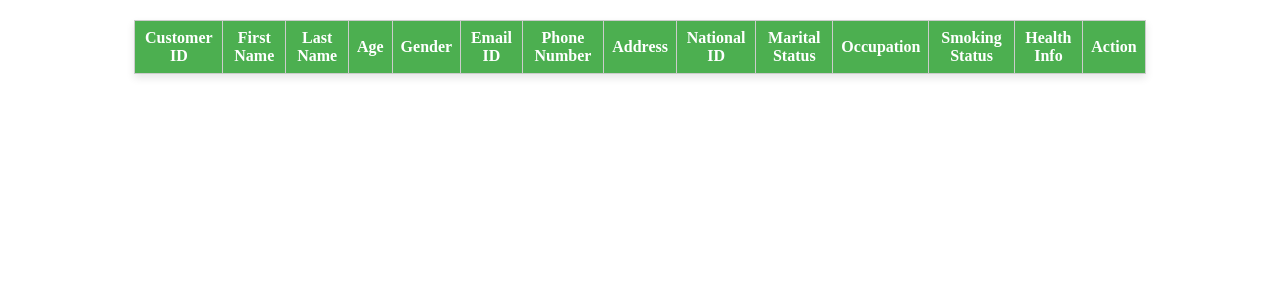
Repository: sowmini-nats/git-spring-project
Page: http://localhost/InsuranceAutomationSystem/ManagerPolicyView.jsp
The author's editor kept a copy of each file at every save. The page is drawn from the files as they stood at one save, then again after the next save.
The browser window is 1280 px wide. The pictures show the whole page.
The page is served by Tomcat 10. Other server files are loaded and not shown. The template is opened directly, without the code that normally fills it, so the values that code supplies are empty.

Above is the page before, as saved 2023-10-31 00:34:54.

### eclipse-workspace-jspassessment/InsuranceAutomationSystem/src/main/webapp/ManagerPolicyView.jsp
<%@ page language="java" contentType="text/html; charset=ISO-8859-1"
    pageEncoding="ISO-8859-1"%>
<%@taglib prefix="c" uri="http://java.sun.com/jsp/jstl/core"%>
<!DOCTYPE html>
<html>
<head>
<meta charset="ISO-8859-1">
<title>Customer Policy Details</title>
</head>
<style>
table {
        border-collapse: collapse;
        width: 80%;
        margin: 20px auto;
        box-shadow: 0 4px 8px rgba(0,0,0,0.1); /* Add shadow */
        border: 1px solid #ccc; /* Add border */
    }
    th, td {
        border: 1px solid #ccc;
        padding: 8px;
        text-align: center;
        transition: background-color 0.3s; /* Add transition */
    }

    tr:nth-child(even) {
        background-color: #f2f2f2;
    }

    th {
        background-color: #4CAF50;
        color: white;
    }

    th:hover, td:hover {
        background-color: #f9f9f9; /* Change color on hover */
    }
</style>

<body>
	<table >
        <thead>
            <tr>
            	<th>Customer ID</th>
                <th>First Name</th>
                <th>Last Name</th>
                <th>Age</th>
                <th>Gender</th>
                <th>Email ID</th>
                <th>Phone Number</th>
                <th>Address</th>
                <th>National ID</th>
               	<th>Marital Status</th>
               	<th>Occupation</th>
               	<th>Smoking Status</th>
               	<th>Health Info</th>
               	<th>Action</th>
            </tr>
        </thead>
        <tbody>
<c:forEach items="${policyList}" var="item">
<tr>
		<td><c:out value="${item.customer.custId}"/></td>
		<td><c:out value="${item.customer.custFirstName}"/></td>
		<td><c:out value="${item.customer.custLastName}"/></td>
		<td><c:out value="${item.customer.custAge}"/></td>
		<td><c:out value="${item.customer.custGender}"/></td>
		<td><c:out value="${item.customer.custEmailId}"/></td>
		<td><c:out value="${item.customer.custPhoneNumber}"/></td>
		<td><c:out value="${item.customer.custAddress}"/></td>
		<td><c:out value="${item.customer.custNationalId}"/></td>
		<td><c:out value="${item.customer.custMaritalStatus}"/></td>
		<td><c:out value="${item.customer.custOccupation}"/></td>
		<td><c:out value="${item.customer.custSmokingStatus}"/></td>
		<td><c:out value="${item.customer.custHealthInfo}"/></td>
		<td><a href="/manager-customerpolicy/${item.policyId}">View Policy</a></td>
</tr>
</c:forEach>
</tbody>
</table>
</body>
</html>

### eclipse-workspace-jspassessment/InsuranceAutomationSystem/src/main/webapp/navbar.jsp
<%@ page language="java" contentType="text/html; charset=UTF-8" pageEncoding="UTF-8"%>
<!DOCTYPE html>
<html>
<head>
    <meta charset="UTF-8">
    <title>Navigation Bar</title>

</head>
<body>
<% if (session.getAttribute("role") != null) {
    if (session.getAttribute("role").toString().equals("Agent")) {
%>
<ul>
  	<li><a href="/home">Home</a></li>
    <li><a href="/customer/customer-agent-list">Customers</a></li>
    <li><a href="/policy/policy-details">Policies</a></li>
    <li><a href="/premium-calculator">Premium Calculator</a></li>
    <li><a href="/logout">Logout</a></li>
</ul>
<% } else { %>
<ul>
  	<li><a href="/home">Home</a></li>
    <li><a href="/customer/customer-agent-list">Customers</a></li>
    <li><a href="/policy/policy-details">Policies</a></li>
    <li><a href="/premium-calculator">Premium Calculator</a></li>
    <li><a href="/logout">Logout</a></li>
</ul>
<% } } else { %>
<ul>
    <li><a href="/login">Login</a></li>
    <li><a href="/home">Home</a></li>
    <li><a href="/premium-calculator">Premium Calculator</a></li>
</ul>
<% } %>

<style>
ul {
  list-style-type: none;
  margin: 0;
  padding: 0;
  overflow: hidden;
  background-color: #333;
}

li {
  float: left;
}

li a {
  display: block;
  color: white;
  text-align: center;
  padding: 14px 16px;
  text-decoration: none;
}

li a:hover:not(.active) {
  background-color: #111;
}

.active {
  background-color: #04AA6D;
}
</style>

</body>

</html>

After the next save:
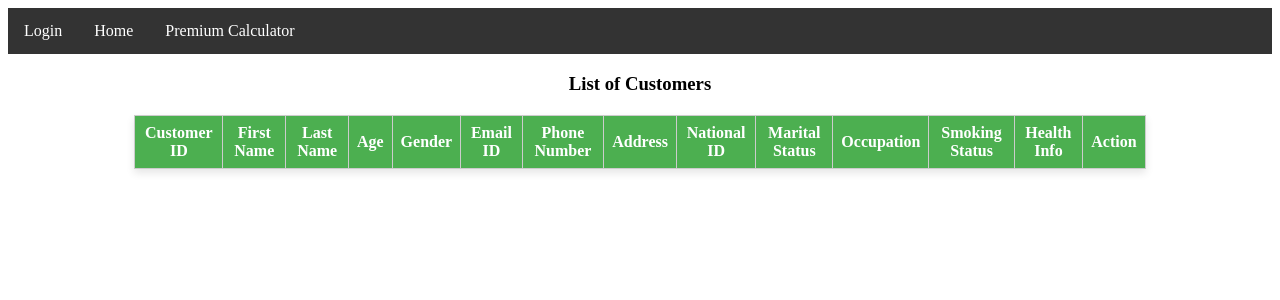
Saved 61 s later.
--- a/eclipse-workspace-jspassessment/InsuranceAutomationSystem/src/main/webapp/ManagerPolicyView.jsp
+++ b/eclipse-workspace-jspassessment/InsuranceAutomationSystem/src/main/webapp/ManagerPolicyView.jsp
@@ -37,6 +37,9 @@ table {
 </style>
 
 <body>
+<jsp:include page="navbar.jsp"/>
+<center>
+<h3>List of Customers</h3>
 	<table >
         <thead>
             <tr>
@@ -77,5 +80,6 @@ table {
 </c:forEach>
 </tbody>
 </table>
+</center>
 </body>
 </html>
